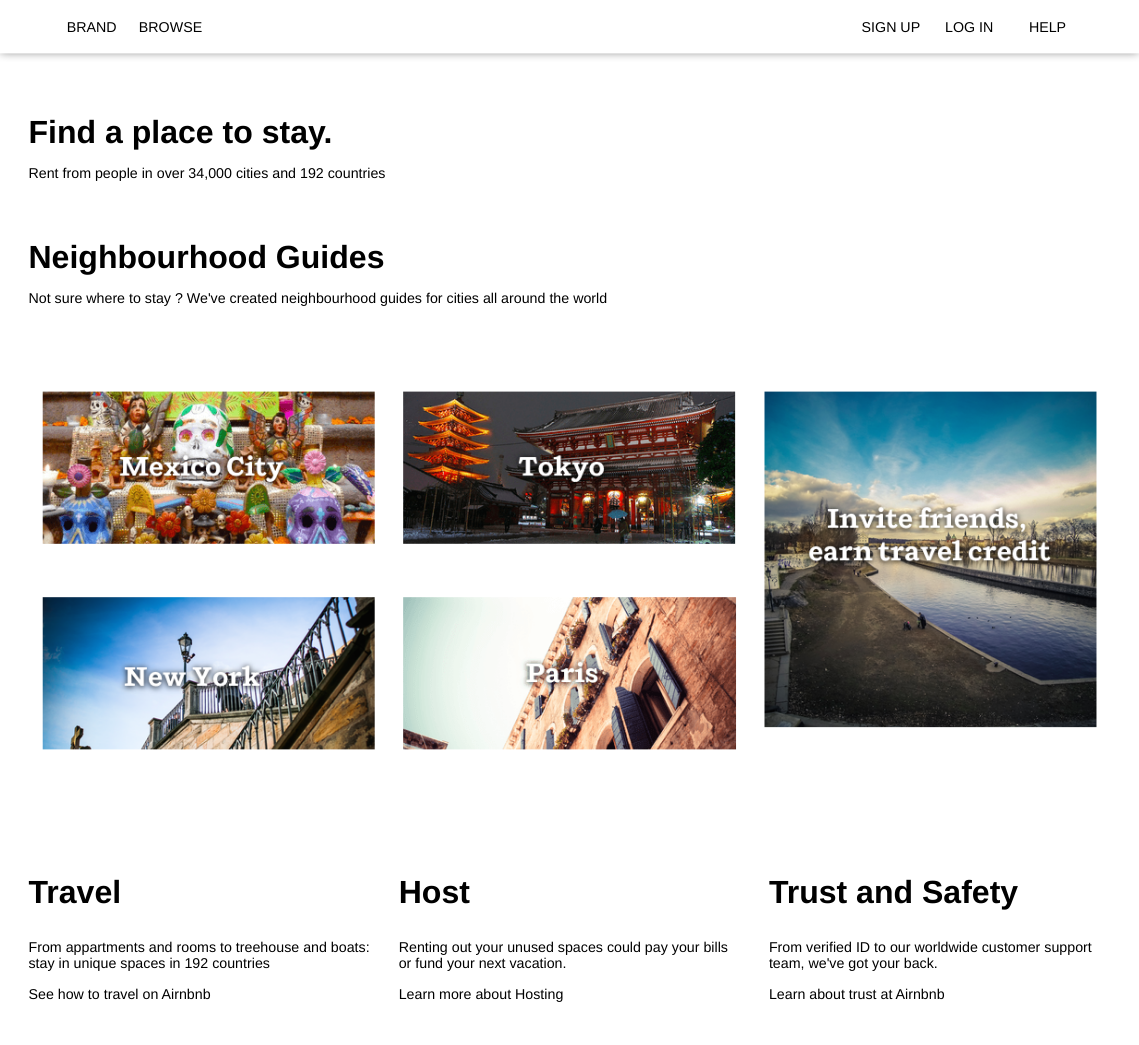
Repository: Naohonproject/web101x02-asm3
Page: Project3.html
An editor plug-in stored every save of this project. The page is shown before and after the next save, followed by the edit.
The browser window is 1280 px wide. The pictures show the whole page, at 89% of full size.

Above is the page before, as saved 2022-01-22 15:06:02.

After the next save:
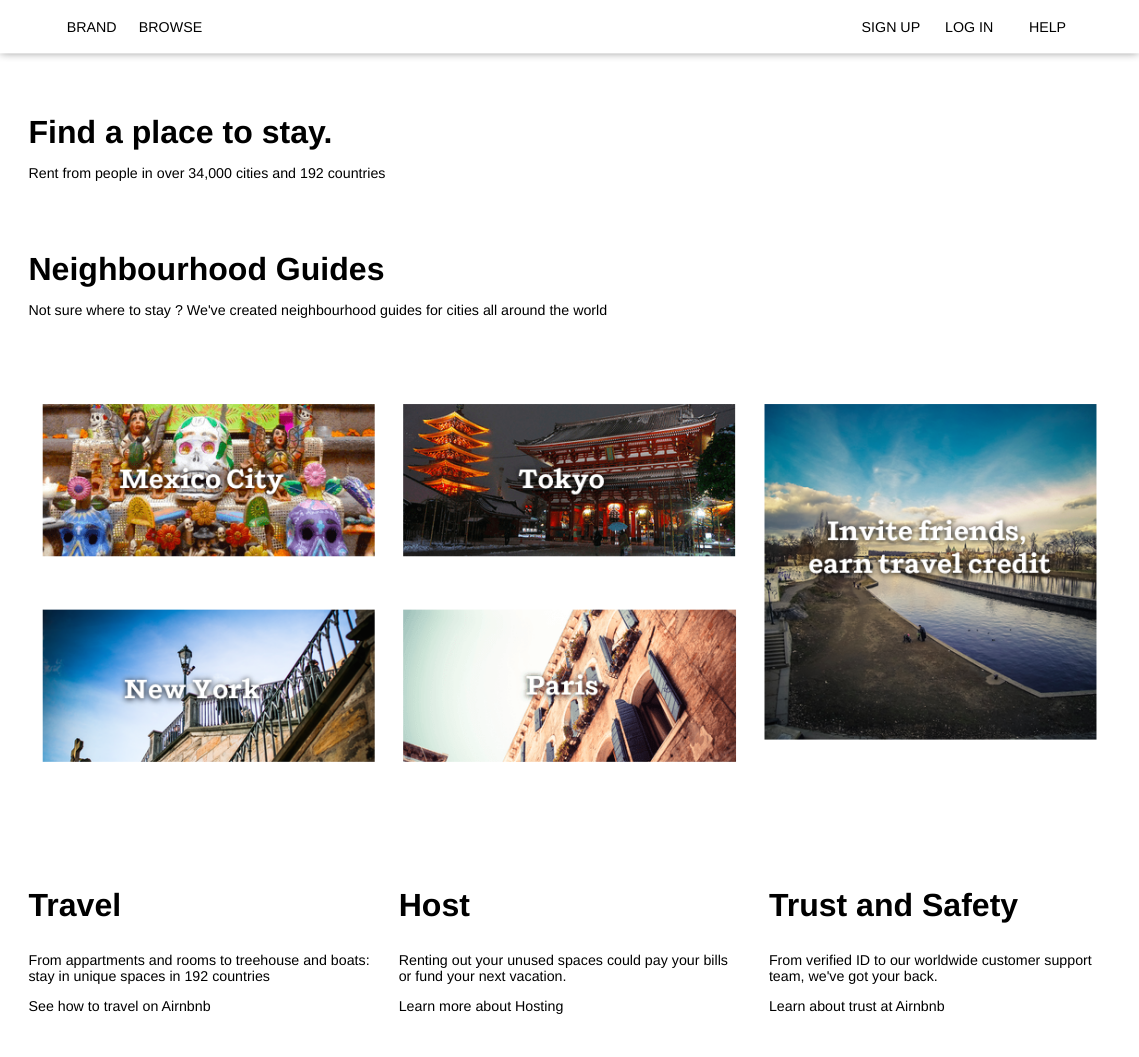
Saved 62 s later.
--- a/assets/css/layout.css
+++ b/assets/css/layout.css
@@ -131,8 +131,9 @@ div[class*="-desc"] {
 }
 
 #section {
-	margin-top: 28px;
+	margin-top: 42px;
 }
+
 #img-list {
 	width: 100%;
 }
